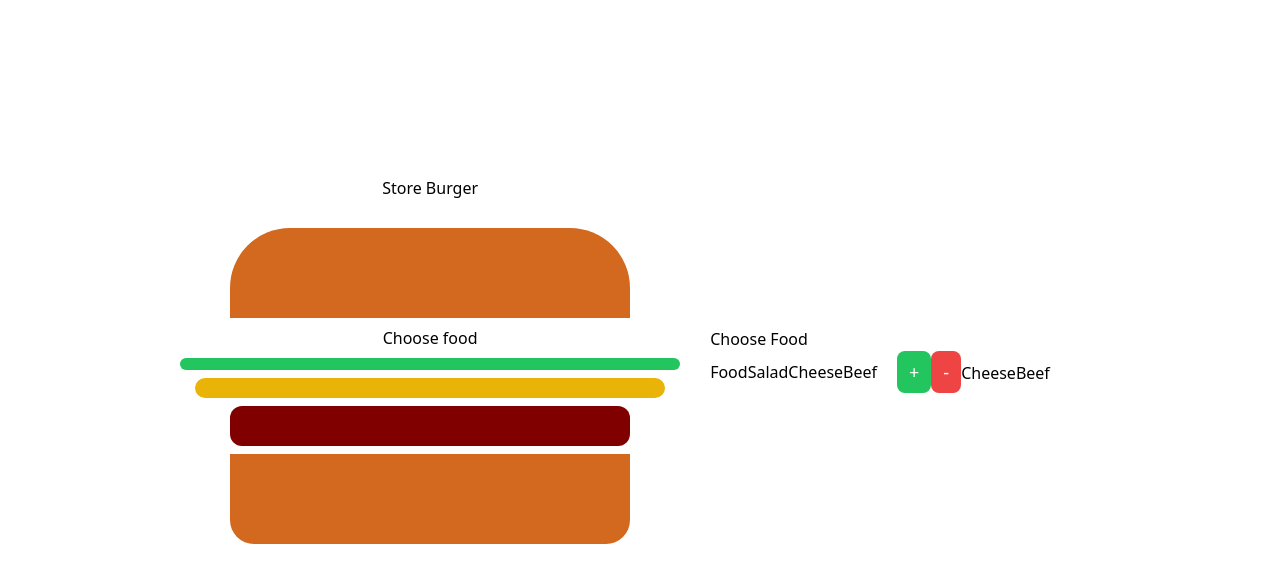
Repository: baobaodeveloper/bootcamp21_HuynhAnhBao_Burger
Page: /
An editor plug-in stored every save of this project. The page is shown before and after the next save, followed by the edit.
The browser window is 1280 px wide. The pictures show the whole page.
The project was rebuilt for these pictures with package versions that can differ from the ones it lists, and the page was loaded fresh each time. Also part of the build but not shown: vite.config.js.

Above is the page before, as saved 2022-05-15 17:00:10.

After the next save:
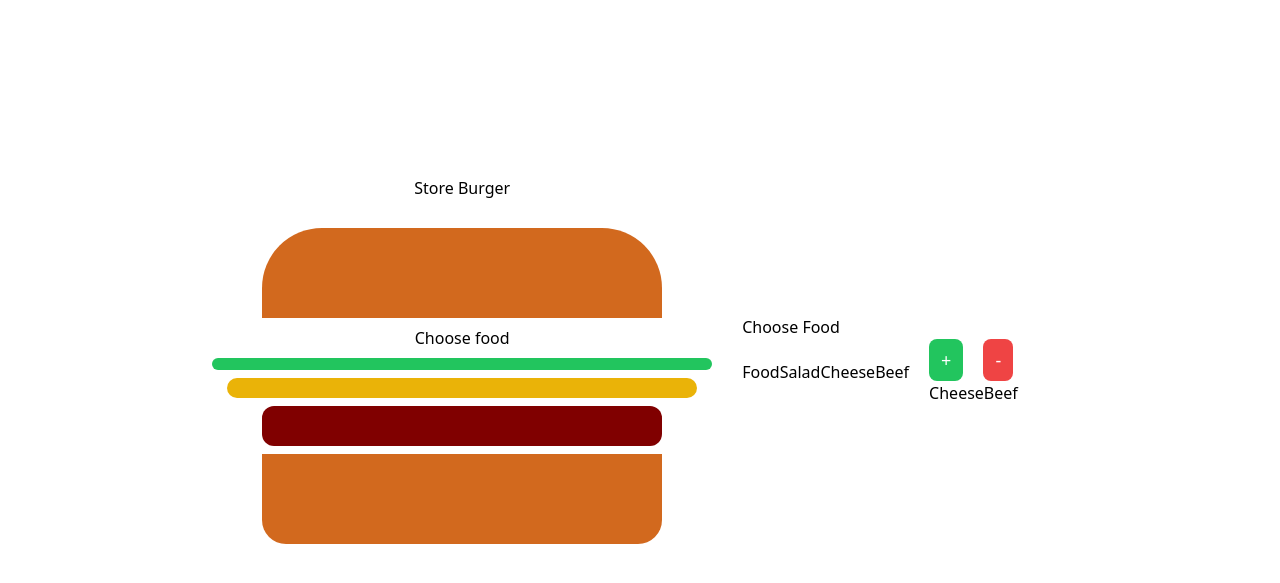
Saved 25 s later.
--- a/src/components/Burger.jsx
+++ b/src/components/Burger.jsx
@@ -29,7 +29,7 @@ export default function Burger() {
             </div>
             <div>
               <span></span>
-              <span>
+              <span className="flex gap-x-5">
                 <button className="p-3 leading-none text-lg bg-green-500 text-white rounded-lg">
                   +
                 </button>
